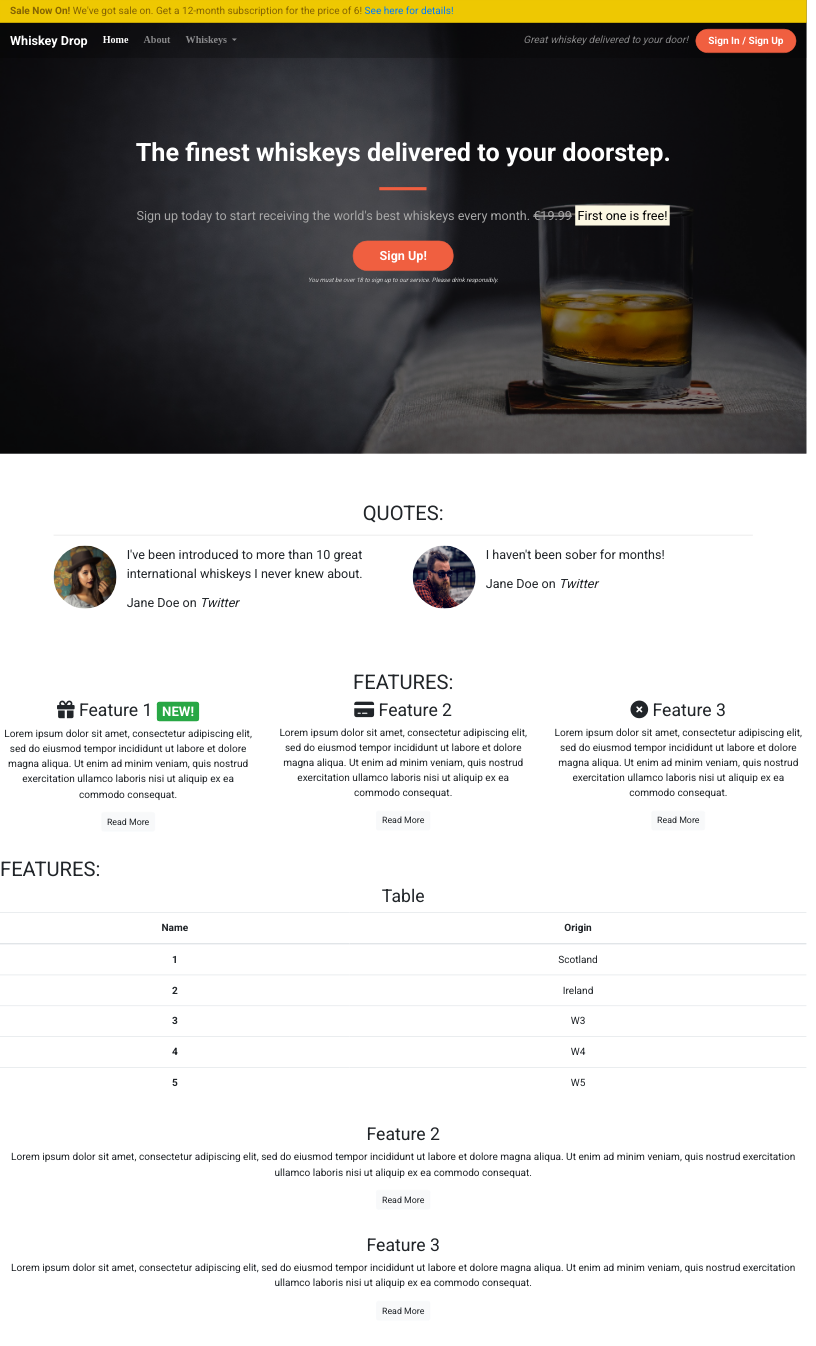
Repository: Coder731/blank_for_aws
Page: index2.html
The author's editor kept a record of every edit. The page is drawn from the files as they stood at one moment, then again after the next edit.
The browser window is 1280 px wide. The page is 1295 px wide, then 1280 px, so the pictures cover 1295 px, including what lies to the right of the window. The pictures show the whole page, at 63% of full size.
Backgrounds fixed to the window are drawn as part of the page. Some web libraries are served in a nearby version.

Above is the page before.

### index2.html
<!DOCTYPE html>
<html lang="en-us">

<head>
    <meta charset="utf-8">
    <meta name="viewport" content="width=device-width, initial-scale=1.0">
    <title>Whiskey Drop | Taste a new whiskey every month</title>
    <link rel="stylesheet" href="https://maxcdn.bootstrapcdn.com/bootstrap/4.1.3/css/bootstrap.min.css">
    <script src="https://kit.fontawesome.com/fb088b4228.js" crossorigin="anonymous"></script>
    <link href="https://fonts.googleapis.com/css?family=Roboto:400,700" rel="stylesheet">
    <link rel="preconnect" href="https://fonts.googleapis.com">
    <link rel="preconnect" href="https://fonts.gstatic.com" crossorigin>
    <link href="https://fonts.googleapis.com/css2?family=Roboto:wght@400;700&display=swap" rel="stylesheet">
    <link rel="stylesheet" href="css/style.css" type="text/css" />
</head>


<body>
    <div class="container-fluid navalert-container">
        <div class="container-fluid alert-container">
            <div class="row d-none d-sm-block">
                <div class="col-12">
                    <div class="site-wide-alert alert alert-warning">
                        <strong>Sale Now On!</strong> We've got sale on. Get a 12-month subscription for the price of 6! <a href="">See here for details!</a>
                    </div>
                </div>
            </div>
        </div>
        <nav class="navbar navbar-dark navbar-expand-sm">
            <a href="/" class="navbar-brand">Whiskey Drop</a>

            <button class="navbar-toggler ml-auto" type="button" data-toggle="collapse" data-target="#navbarNavDropdown" aria-controls="navbarNavDropdown" aria-expanded="false" aria-label="Toggle navigation">
            <span class="navbar-toggler-icon"></span></button>

            <div style="font-family: 'Font Name', serif;" class="collapse navbar-collapse" id="navbarNavDropdown">
                <ul class="navbar-nav mr-auto">
                    <li class="active nav-item mr-2"><a class="nav-link" href="/">Home</a></li>
                    <li class="nav-item mr-2"><a class="nav-link" href="/about">About</a></li>
                    <li class="nav-item dropdown">
                        <a class="nav-link dropdown-toggle" href="#" id="navbarDropdownMenuLink" role="button" data-toggle="dropdown" aria-haspopup="true" aria-expanded="false">
                            Whiskeys
                        </a>
                        <div class="dropdown-menu" aria-labelledby="navbarDropdownMenuLink">
                            <a class="dropdown-item" href="#">Irish</a>
                            <a class="dropdown-item" href="#">Scotch</a>
                            <a class="dropdown-item" href="#">Japanese</a>
                            <a class="dropdown-item" href="#">American</a>
                        </div>
                    </li>

                    <li class="nav-item mr-2 d-block d-sm-none"><a class="nav-link" href="/login">Sign In / Sign Up</a></li>
                </ul>
            </div>
            <div class="d-none d-md-block">
                <p class="navbar-text my-auto mr-2"><i>Great whiskey delivered to your door!</i></p>
                <a href="/login" class="btn btn--cta btn--red">Sign In / Sign Up</a>
            </div>
        </nav>
    </div>

    <div class="container-fluid callout-container">
        <!-- Callout -->
        <div class="opaque-overlay">&nbsp;</div>
        <div class="row">
            <div class="col-12">
                <section class="callout jumbotron text-center">
                    <h1 class="jumbotron-header">The finest whiskeys delivered to your doorstep.</h1>
                    <hr class="block-divider block-divider--orange">
                    <p class="lead">Sign up today to start receiving the world's best whiskeys every month.
                        <s class="d-none d-sm-inline">€19.99</s>
                        <span class="d-inline d-sm-none"><br></span>
                        <strong><mark>First one is free!</mark></strong></p>
                    <button class="btn btn-lg btn--cta btn--red" data-toggle="modal" data-target="#signUpModal">Sign Up!</button>
                    <p class="text-muted"><small>You must be over 18 to sign up to our service. Please drink responsibly.</small></p>
                </section>
            </div>
        </div>
        <!-- /.callout -->
    </div>

        <!-- Quotes -->
        <div class="container quotes-container content-container">
        <section class="quotes">
            <div class="row">
                <div class="col-12 page-header">
                    <h2 class="text-uppercase">Quotes:</h2>
                    <hr class"block-divider block-divider--short">
                </div>
            </div>
            <div class="row">
                <div class="col-12 col-md-6">
                    <div class="media">
                        <div class="d-none d-sm-block">
                        <img src="images/girl-image.png" class="rounded-circle mr-3" height=100 width=100>
                        </div>
                        <div class="media-body">
                            <blockquote class="blockquote">
                                <p>I've been introduced to more than 10 great international whiskeys I never knew about.</p>
                                <footer>Jane Doe on <cite title="Twitter">Twitter</cite></footer>
                            </blockquote>
                        </div>
                    </div>
                </div>
                <div class="col-12 col-md-6">
                    <div class="media">
                        <div class="d-none d-sm-block">
                            <img src="images/guy-image.png" class="rounded-circle mr-3" height=100 width=100>
                        </div>
                        <div class="media-body">
                            <blockquote class="blockquote">
                                <p>I haven't been sober for months!</p>
                                <footer>Jane Doe on <cite title="Twitter">Twitter</cite></footer>
                            </blockquote>
                        </div>
                    </div>
                </div>
        </section>
        <!-- /.quotes -->
        </div>

        <!-- Features -->
        <div class="features-container">
            <section class="features">
                <div class="row">
                    <div class="col-12 page-header">
                        <h2 class="text-uppercase">Features:</h2>
                    </div>
                </div>
                <div class="row">
                    <div class="col-12 col-md-6 col-lg-4">
                        <div class="feature">
                            <h3><i class="fas fa-gift d-none d-sm-inline"></i> Feature 1 <span class="badge badge-success">NEW!</span></h3>
                            <p>Lorem ipsum dolor sit amet, consectetur adipiscing elit, sed do eiusmod tempor incididunt ut labore et dolore magna aliqua. Ut enim ad minim veniam, quis nostrud exercitation ullamco laboris nisi ut aliquip ex ea commodo consequat.</p>
                            <p><a class="btn btn-sm btn-light" href="">Read More</a></p>
                        </div>
                    </div>
                    <div class="col-12 col-md-6 col-lg-4">
                        <div class="feature">
                            <h3><i class="fas fa-credit-card d-none d-sm-inline"></i> Feature 2</h3>
                            <p>Lorem ipsum dolor sit amet, consectetur adipiscing elit, sed do eiusmod tempor incididunt ut labore et dolore magna aliqua. Ut enim ad minim veniam, quis nostrud exercitation ullamco laboris nisi ut aliquip ex ea commodo consequat.</p>
                            <p><a class="btn btn-sm btn-light" href="">Read More</a></p>
                        </div>
                    </div>
                    <div class="col-12 d-md-none d-lg-block col-lg-4">
                        <div class="feature">
                            <h3><i class="fas fa-times-circle d-none d-sm-inline"></i> Feature 3</h3>
                            <p>Lorem ipsum dolor sit amet, consectetur adipiscing elit, sed do eiusmod tempor incididunt ut labore et dolore magna aliqua. Ut enim ad minim veniam, quis nostrud exercitation ullamco laboris nisi ut aliquip ex ea commodo consequat.</p>
                            <p><a class="btn btn-sm btn-light" href="">Read More</a></p>
                        </div>
                    </div>
                </div>
            </section>
        <!-- /.features -->
        </div>

        <!-- Monthly Favorites -->
        <section class="features">
            <h2 class="text-uppercase">Features:</h2>
            <div class="feature">
                <h3>Table</h3>
                <table class="table">
                  <thead>
                    <tr>
                      <th scope="col">Name</th>
                      <th scope="col">Origin</th>
                    </tr>
                  </thead>
                  <tbody>
                    <tr>
                      <th scope="row">1</th>
                      <td>Scotland</td>
                    </tr>
                    <tr>
                      <th scope="row">2</th>
                      <td>Ireland</td>
                    </tr>
                    <tr>
                      <th scope="row">3</th>
                      <td>W3</td>
                    </tr>
                    <tr>
                      <th scope="row">4</th>
                      <td>W4</td>
                    </tr>
                    <tr>
                      <th scope="row">5</th>
                      <td>W5</td>
                    </tr>
                  </tbody>
                </table>
            </div>
            <div class="feature">
                <h3>Feature 2</h3>
                <p>Lorem ipsum dolor sit amet, consectetur adipiscing elit, sed do eiusmod tempor incididunt ut labore et dolore magna aliqua. Ut enim ad minim veniam, quis nostrud exercitation ullamco laboris nisi ut aliquip ex ea commodo consequat.</p>
                <p><a class="btn btn-sm btn-light" href="">Read More</a></p>
            </div>
            <div class="feature">
                <h3>Feature 3</h3>
                <p>Lorem ipsum dolor sit amet, consectetur adipiscing elit, sed do eiusmod tempor incididunt ut labore et dolore magna aliqua. Ut enim ad minim veniam, quis nostrud exercitation ullamco laboris nisi ut aliquip ex ea commodo consequat.</p>
                <p><a class="btn btn-sm btn-light" href="">Read More</a></p>
            </div>
        </section>
        <!-- /. Monthly Favorites -->


    <div class="modal" tabindex="-1" role="dialog" id="signUpModal">
        <div class="modal-dialog" role="document">
            <div class="modal-content">
                <div class="modal-header">
                    <h5 class="modal-title">Sign Up To Whiskey Drop!</h5>
                    <button type="button" class="close" data-dismiss="modal" aria-label="Close">
          <span aria-hidden="true">&times;</span>
        </button>
                </div>
                <div class="modal-body">
                    <form>
                        <div class="form-group">
                            <label for="exampleInputEmail1">Email address</label>
                            <input type="email" class="form-control" id="exampleInputEmail1" aria-describedby="emailHelp" placeholder="Enter email">
                            <small id="emailHelp" class="form-text text-muted">We'll never share your email with anyone else.</small>
                        </div>
                        <div class="form-group">
                            <label for="password">Password</label>
                            <input type="password" class="form-control" id="password" placeholder="Password">
                        </div>
                        <div class="form-group">
                            <label for="repeatPassword">Repeat Password</label>
                            <input type="password" class="form-control" id="repeatPassword" placeholder="Repeat Password">
                        </div>
                        <button type="submit" class="btn btn-success">Submit</button>
                    </form>
                </div>
            </div>
        </div>
    </div>

    <script src="https://code.jquery.com/jquery-3.3.1.slim.min.js" integrity="sha384-q8i/X+965DzO0rT7abK41JStQIAqVgRVzpbzo5smXKp4YfRvH+8abtTE1Pi6jizo" crossorigin="anonymous"></script>
    <script src="https://cdnjs.cloudflare.com/ajax/libs/popper.js/1.14.3/umd/popper.min.js" integrity="sha384-ZMP7rVo3mIykV+2+9J3UJ46jBk0WLaUAdn689aCwoqbBJiSnjAK/l8WvCWPIPm49" crossorigin="anonymous"></script>
    <script src="https://stackpath.bootstrapcdn.com/bootstrap/4.1.3/js/bootstrap.min.js" integrity="sha384-ChfqqxuZUCnJSK3+MXmPNIyE6ZbWh2IMqE241rYiqJxyMiZ6OW/JmZQ5stwEULTy" crossorigin="anonymous"></script>
</body>

</html>

### css/style.css
body {
    font-family: 'Roboto', sans-serif;
}

.container-wrapper {}

.container-wrapper--red {
    background-color: #f05f40;
    color: white;
}

.alert-container .col-12 {
    padding-left: 0;
    padding-right: 0;
}

.site-wide-alert {
    border-radius: 0;
    margin-bottom: 0;
    padding: 5px 15px;
    background-color: #eec802;
    border-color: #eec802;
}

.callout-container {
    height: 100vh;

    background: url("../images/whiskey-background.jpg") no-repeat bottom right fixed;
    -webkit-background-size: cover;
    -moz-background-size: cover;
    -o-background-size: cover;
    background-size: cover;

    display: flex;
    align-items: center;
    justify-content: center;

    position: relative;

}

.opaque-overlay {
    position: absolute;
    top: 0;
    left: 0;
    height: 100%;
    width: 100%;
    background-color: rgba(0,0,0,0.5);
}

.quotes-container {}

.features-container {}

/* Page headers */

.page-header {
    margin-bottom: 0;
    border-bottom: 0;
    text-align: center;
}

.page-header h2 {
    margin-top: 0;
}

/* Block dividers */

.block-divider {
    width: 75px;
    height: 5px;
    border: 0;
    background-color: #444;
}

.block-divider--orange {
    background-color: #f05f40;
}

.block-divider--white {
    background-color: white;
}

.block-divider--short {
    width: 35px;
}

/* Content containers */

.content-container {
    padding-top: 75px;
    padding-bottom: 75px;
}

/* Navbar */

.navalert-container {
    position: absolute;
    top: 0;
    left: 0;
    padding-left: 0;
    padding-right: 0;
    z-index: 1;
}

.navbar {
    margin-bottom: 0;
    border: 0;
    width: 100%;
    background-color: rgba(0,0,0,0.25);
}

.navbar .navbar-toggler {
    border:  0;
}

.navbar-brand {
    font-weight: bold;
}

.navbar .navbar-nav a {
    font-weight: bold;
}

/*Jumbotron*/

.jumbotron {
    background-color: transparent;
}

.jumbotron-header {
    color: white;
    font-weight:bold;
    margin-bottom: 30px;
}

.jumbotron .lead {
    margin: 25px 0;
    color: #a7a7a7;
}

.jumbotron small {
    font-size: 60%;
    font-style: italic;
    color: #d0d0d0;
}

/* Buttons */

.btn--cta {
    font-weight: bold;
    border-radius: 23px;
    width: 160px;
}

.btn--red {
    color: white;
    background-color: #f05f40;
    border-color: #f05f40;
}

.btn--red:hover,
.btn--red:active,
.btn--red:focus,
.btn--red:active:focus {
    background-color: #df4929;
    border-color: #df4929;
}

.feature {
    text-align: center;
    margin-bottom: 40px;
}

After the next edit:
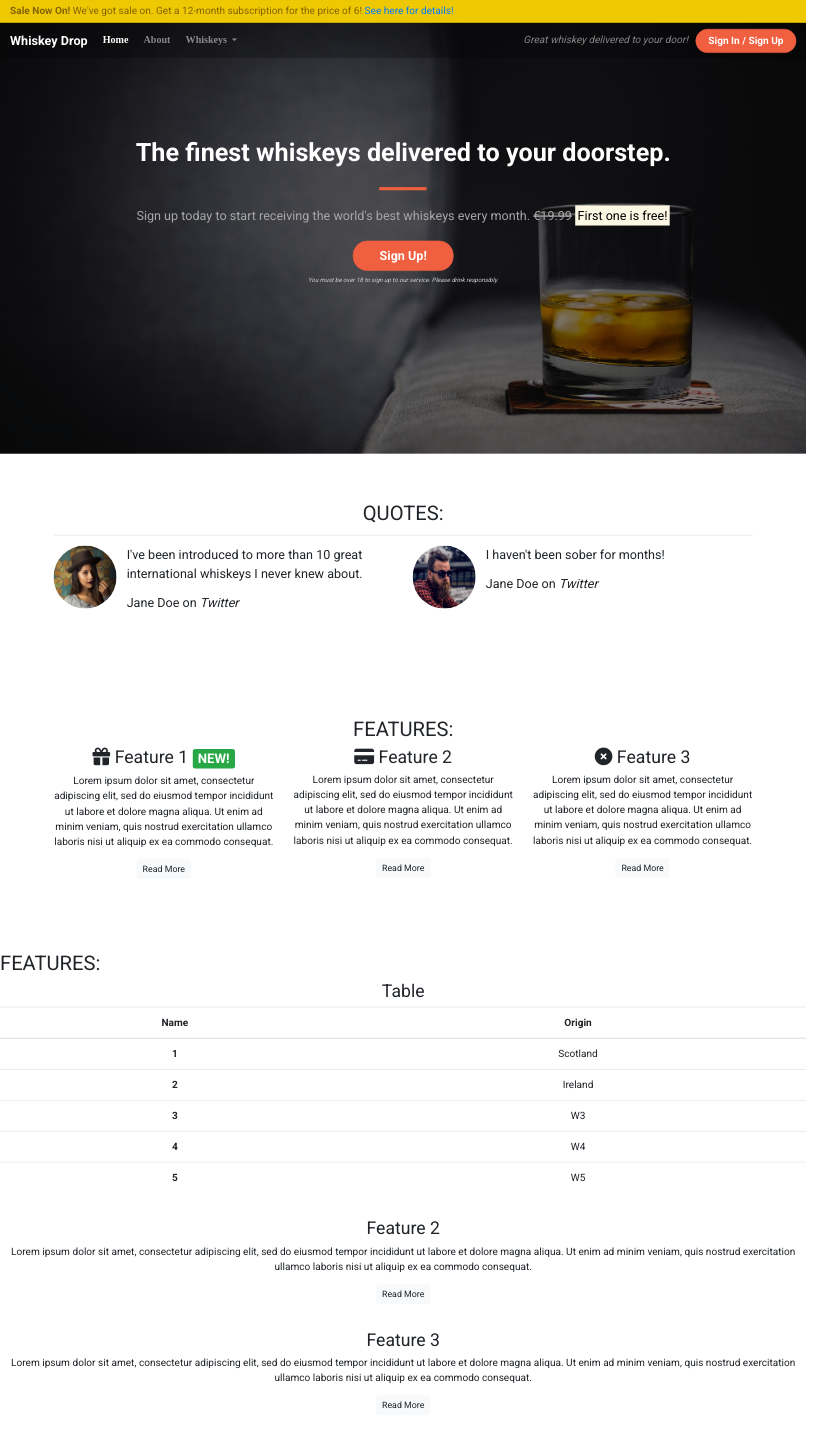
The edit:
--- a/index2.html
+++ b/index2.html
@@ -119,7 +119,7 @@
         </div>
 
         <!-- Features -->
-        <div class="features-container">
+        <div class="container features-container content-container">
             <section class="features">
                 <div class="row">
                     <div class="col-12 page-header">
